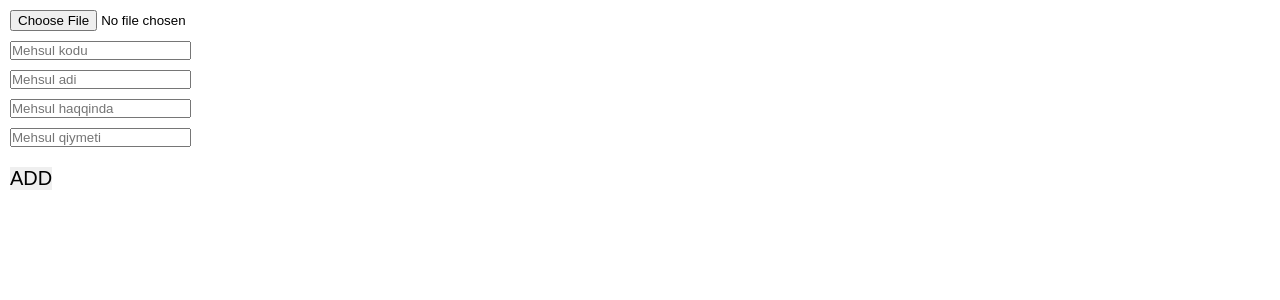
Repository: PoladEziz/Ecommerce-Page
Page: pages/addProdactPage/index.html
An editor plug-in stored every save of this project. The page is shown before and after a run of saves, followed by the edit.
The browser window is 1280 px wide. The pictures show the whole page.

Above is the page before, as saved 2023-10-19 15:42:36.

### pages/addProdactPage/index.html
<!DOCTYPE html>
<html lang="en">
  <head>
    <meta charset="UTF-8" />
    <meta name="viewport" content="width=device-width, initial-scale=1.0" />
    <title>Document</title>
    <link rel="stylesheet" href="../../assets/css/reset.css" />
    <link rel="stylesheet" href="./index.css">
  </head>
  <style>
    input {
      display: block;
      margin: 10px;
    }
    button {
      margin: 10px;
      font-size: 20px;
    }
  </style>
  <body>
    <div class="product-page">
      <form action="">
        <input type="file" />
        <input
          class="input-id"
          type="number"
          placeholder="Mehsul kodu"
          required
        />
        <input
          class="input-name"
          type="text"
          placeholder="Mehsul adi"
          required
        />
        <input
          class="input-about"
          type="text"
          placeholder="Mehsul haqqinda"
          required
        />
        <input
          class="input-price"
          type="number"
          placeholder="Mehsul qiymeti"
          required
        />
        <button>ADD</button>
      </form>
    </div>
  </body>
  <script src="./index.js"></script>
</html>

### assets/css/reset.css
*{
    padding: 0;
    margin: 0;
    box-sizing: border-box;
}
button{
    border: none;
}
li{
    list-style-type: none;
}
a{
    text-decoration: none;
}

### pages/addProdactPage/index.js
let form = document.querySelector("form");
let idInput = document.querySelector(".input-id");
let nameInput = document.querySelector(".input-name");
let aboutInput = document.querySelector(".input-about");
let priceInput = document.querySelector(".input-price");
let btn = document.querySelector("button");
let productExist = false;
form.addEventListener("submit", handleAdd);

function handleAdd(e) {
  e.preventDefault();
  checkProduct();
}
function createDataBase() {
  let dataBase = [];
  localStorage.setItem("product", JSON.stringify(dataBase));
}
function getDataBase() {
  let dataBase = localStorage.getItem("product");
  if (dataBase) {
    return JSON.parse(dataBase);
  } else {
    createDataBase();
    let dataBase = localStorage.getItem("product");
    return JSON.parse(dataBase);
  }
}
function checkProduct() {
  let products = getDataBase();
  console.log(products);
  for (let index = 0; index < products.length; index++) {
    if (products[index].productId == idInput.value) {
      products[index].productCount += 1;

      productExist = true;
      break;
    } else {
      productExist = false;
    }
  }

  if (productExist) {
    localStorage.setItem("product", JSON.stringify(products));
  } else {
    createProduct();
  }
}
function createProduct() {
  let dataBase = getDataBase();
  let product = {
    productId: idInput.value,
    productName: nameInput.value,
    productInfo:aboutInput.value,
    productAmount:priceInput.value,
    productCount: 1,
  };
  dataBase.push(product);
  localStorage.setItem("product", JSON.stringify(dataBase));
}

Loaded but not shown: pages/addProdactPage/index.css (common file)

After the next 2 saves:
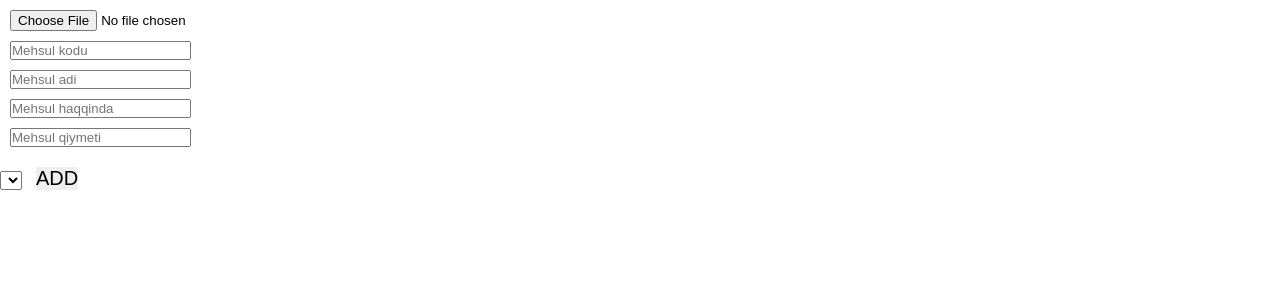
The 2 saves are shown as one change because they came seconds apart.
The last was saved 2 min 14 s later.
--- a/pages/addProdactPage/index.html
+++ b/pages/addProdactPage/index.html
@@ -45,6 +45,7 @@
           placeholder="Mehsul qiymeti"
           required
         />
+        <select name="" id=""></select>
         <button>ADD</button>
       </form>
     </div>
